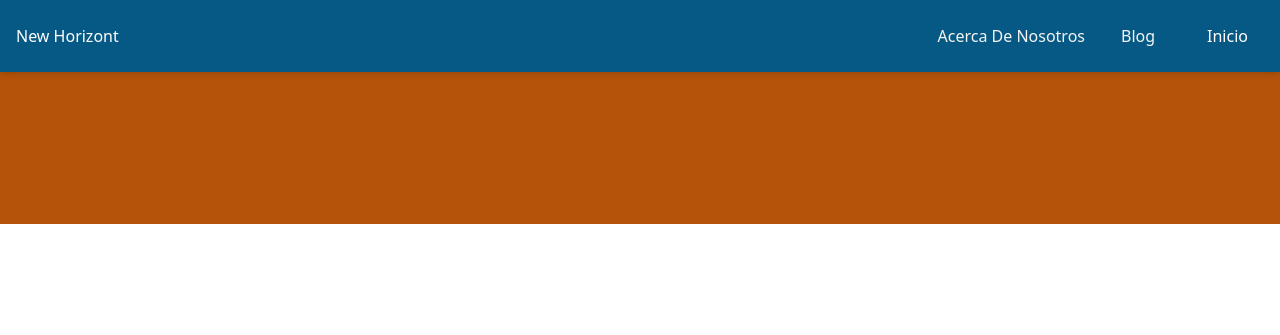
Repository: jefrydep/new-horizont-school
Page: /blog
An editor plug-in stored every save of this project. The page is shown before and after the next save, followed by the edit.
The browser window is 1280 px wide. The pictures show the whole page.
The project was rebuilt for these pictures with package versions that can differ from the ones it lists, and the page was loaded fresh each time. The framework's server and built-in components were replaced by stand-ins that run in the browser. Also part of the build but not shown: next.config.ts.

Above is the page before, as saved 2024-11-07 20:10:32.

### src/app/layout.tsx
import type { Metadata } from "next";
import localFont from "next/font/local";
import "./globals.css";
import Navbar from "@/components/Navbar";
import { Button } from "@/components/ui/button";
import Footer from "@/components/Footer";

const geistSans = localFont({
  src: "./fonts/GeistVF.woff",
  variable: "--font-geist-sans",
  weight: "100 900",
});
const geistMono = localFont({
  src: "./fonts/GeistMonoVF.woff",
  variable: "--font-geist-mono",
  weight: "100 900",
});

export const metadata: Metadata = {
  title: "Create Next App",
  description: "Generated by create next app",
};

export default function RootLayout({
  children,
}: Readonly<{
  children: React.ReactNode;
}>) {
  return (
    <html lang="en">
      <body
        className={`   ${geistSans.variable} ${geistMono.variable} antialiased`}
      >
        <Navbar />
        {children}
        <div className=" sm:hidden bg-white border flex justify-center py-3  absolute bottom-0 right-0 left-0">
          <Button className="bg-green-500">
            <span>w</span> Contacto
          </Button>
        </div>
        {/* <div className="absolute bg-red-400 bottom-0 left-1/2 transform -translate-x-1/2 mb-4">
          <Button>Contacto</Button>
        </div> */}
        <Footer/>
      </body>
    </html>
  );
}

### src/app/(new-horizont-school)/layout.tsx
// import type { Metadata } from "next";
// import localFont from "next/font/local";

import Navbar from "@/components/Navbar";

// const geistSans = localFont({
//   src: "./fonts/GeistVF.woff",
//   variable: "--font-geist-sans",
//   weight: "100 900",
// });
// const geistMono = localFont({
//   src: "./fonts/GeistMonoVF.woff",
//   variable: "--font-geist-mono",
//   weight: "100 900",
// });

// export const metadata: Metadata = {
//   title: "Create Next App",
//   description: "Generated by create next app",
// };

export default function SchoolLayout({
  children,
}: Readonly<{
  children: React.ReactNode;
}>) {
  return (
    <html lang="en">
      <body
      // className={`${geistSans.variable} ${geistMono.variable} antialiased`}
      >
        {children}
      </body>
    </html>
  );
}

### src/app/(new-horizont-school)/blog/page.tsx
import React from 'react'

export default function BlogPage() {
  return (
    <div>BlogPage</div>
  )
}

### src/app/globals.css
@tailwind base;
@tailwind components;
@tailwind utilities;

/* :root {
  --background: #ffffff;
  --foreground: #171717;
}

@media (prefers-color-scheme: dark) {
  :root {
    --background: #0a0a0a;
    --foreground: #ededed;
  }
}

body {
  color: var(--foreground);
  background: var(--background);
  font-family: Arial, Helvetica, sans-serif;
} */
@layer base {
  :root {
    --background: 0 0% 100%;
    --foreground: 20 14.3% 4.1%;
    --card: 0 0% 100%;
    --card-foreground: 20 14.3% 4.1%;
    --popover: 0 0% 100%;
    --popover-foreground: 20 14.3% 4.1%;
    --primary: 24 9.8% 10%;
    --primary-foreground: 60 9.1% 97.8%;
    --secondary: 60 4.8% 95.9%;
    --secondary-foreground: 24 9.8% 10%;
    --muted: 60 4.8% 95.9%;
    --muted-foreground: 25 5.3% 44.7%;
    --accent: 60 4.8% 95.9%;
    --accent-foreground: 24 9.8% 10%;
    --destructive: 0 84.2% 60.2%;
    --destructive-foreground: 60 9.1% 97.8%;
    --border: 20 5.9% 90%;
    --input: 20 5.9% 90%;
    --ring: 20 14.3% 4.1%;
    --chart-1: 12 76% 61%;
    --chart-2: 173 58% 39%;
    --chart-3: 197 37% 24%;
    --chart-4: 43 74% 66%;
    --chart-5: 27 87% 67%;
    --radius: 0.5rem
  }
  .dark {
    --background: 20 14.3% 4.1%;
    --foreground: 60 9.1% 97.8%;
    --card: 20 14.3% 4.1%;
    --card-foreground: 60 9.1% 97.8%;
    --popover: 20 14.3% 4.1%;
    --popover-foreground: 60 9.1% 97.8%;
    --primary: 60 9.1% 97.8%;
    --primary-foreground: 24 9.8% 10%;
    --secondary: 12 6.5% 15.1%;
    --secondary-foreground: 60 9.1% 97.8%;
    --muted: 12 6.5% 15.1%;
    --muted-foreground: 24 5.4% 63.9%;
    --accent: 12 6.5% 15.1%;
    --accent-foreground: 60 9.1% 97.8%;
    --destructive: 0 62.8% 30.6%;
    --destructive-foreground: 60 9.1% 97.8%;
    --border: 12 6.5% 15.1%;
    --input: 12 6.5% 15.1%;
    --ring: 24 5.7% 82.9%;
    --chart-1: 220 70% 50%;
    --chart-2: 160 60% 45%;
    --chart-3: 30 80% 55%;
    --chart-4: 280 65% 60%;
    --chart-5: 340 75% 55%
  }
}
@layer base {
  * {
    @apply border-border;
  }
  body {
    @apply bg-background text-foreground;
  }
}

### src/components/Navbar.tsx
"use client";
import { Menu, X } from "lucide-react";
import Link from "next/link";
import { useState } from "react";

export default function Navbar() {
  const [isOpen, setIsOpen] = useState<boolean>(false);

  return (
    <header className="bg-sky-800 shadow-md absolute z-20 w-full  ">
      <div className="flex justify-between items-center    m-auto container px-4 py-2">
        <div className="text-white">New Horizont</div>
        <nav className="outline-none hidden    sm:flex gap-9 items-center  list-none">
          <li className="text-secondary">
            <Link href={"/about"}>Acerca De Nosotros</Link>
          </li>
          <li className="text-secondary">
            <Link href={"/blog"}>Blog</Link>
          </li>
          <li className="text-white p-4">
            <Link href={"/"}>Inicio</Link>
          </li>
        </nav>

        {/* Icono de Menú para abrir el menú en móvil */}
        {!isOpen && (
          <div className="sm:hidden">
            <Menu onClick={() => setIsOpen(!isOpen)} color="white" size={45} />
          </div>
        )}

        {/* Menú desplegable con animación */}
        <div
          className={`${
            isOpen ? "opacity-100 visible" : "opacity-0 invisible"
          } absolute top-0 bottom-0 right-0 left-0 bg-black opacity-95 z-30 list-none transition-all ease-in-out `}
        >
          {isOpen && (
            <>
              <li className="text-white p-4">
                <Link href={"/about"}>Acerca De Nosotros</Link>
              </li>
              <li className="text-white p-4">
                <Link href={"/blog"}>Blog</Link>
              </li>
            </>
          )}
        </div>

        {/* Botón para cerrar el menú */}
        {isOpen && (
          <div className="z-40 absolute right-4 sm:hidden">
            <X onClick={() => setIsOpen(!isOpen)} color="white" size={45} />
          </div>
        )}
      </div>
    </header>
  );
}

### src/components/ui/button.tsx
import * as React from "react"
import { Slot } from "@radix-ui/react-slot"
import { cva, type VariantProps } from "class-variance-authority"

import { cn } from "@/lib/utils"

const buttonVariants = cva(
  "inline-flex items-center justify-center gap-2 whitespace-nowrap rounded-md text-sm font-medium transition-colors focus-visible:outline-none focus-visible:ring-1 focus-visible:ring-ring disabled:pointer-events-none disabled:opacity-50 [&_svg]:pointer-events-none [&_svg]:size-4 [&_svg]:shrink-0",
  {
    variants: {
      variant: {
        default:
          "bg-primary text-primary-foreground shadow hover:bg-primary/90",
        destructive:
          "bg-destructive text-destructive-foreground shadow-sm hover:bg-destructive/90",
        outline:
          "border border-input bg-background shadow-sm hover:bg-accent hover:text-accent-foreground",
        secondary:
          "bg-secondary text-secondary-foreground shadow-sm hover:bg-secondary/80",
        ghost: "hover:bg-accent hover:text-accent-foreground",
        link: "text-primary underline-offset-4 hover:underline",
      },
      size: {
        default: "h-9 px-4 py-2",
        sm: "h-8 rounded-md px-3 text-xs",
        lg: "h-10 rounded-md px-8",
        icon: "h-9 w-9",
      },
    },
    defaultVariants: {
      variant: "default",
      size: "default",
    },
  }
)

export interface ButtonProps
  extends React.ButtonHTMLAttributes<HTMLButtonElement>,
    VariantProps<typeof buttonVariants> {
  asChild?: boolean
}

const Button = React.forwardRef<HTMLButtonElement, ButtonProps>(
  ({ className, variant, size, asChild = false, ...props }, ref) => {
    const Comp = asChild ? Slot : "button"
    return (
      <Comp
        className={cn(buttonVariants({ variant, size, className }))}
        ref={ref}
        {...props}
      />
    )
  }
)
Button.displayName = "Button"

export { Button, buttonVariants }

### src/components/Footer.tsx
export default function Footer() {
  return (
    <div className="bg-amber-700 h-[200px]">
      <footer className="container m-auto">
        <div>faceboook</div>
      </footer>
    </div>
  );
}

Loaded but not shown: src/lib/utils.ts (common file); tailwind.config.ts (common file)

After the next save:
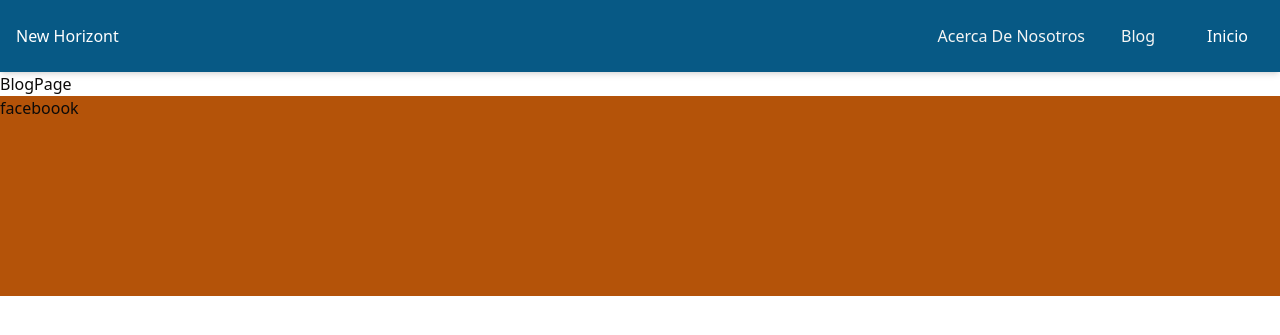
Saved 5 s later.
--- a/src/components/Navbar.tsx
+++ b/src/components/Navbar.tsx
@@ -7,7 +7,7 @@ export default function Navbar() {
   const [isOpen, setIsOpen] = useState<boolean>(false);
 
   return (
-    <header className="bg-sky-800 shadow-md absolute z-20 w-full  ">
+    <header className="bg-sky-800 shadow-md   z-20 w-full  ">
       <div className="flex justify-between items-center    m-auto container px-4 py-2">
         <div className="text-white">New Horizont</div>
         <nav className="outline-none hidden    sm:flex gap-9 items-center  list-none">
